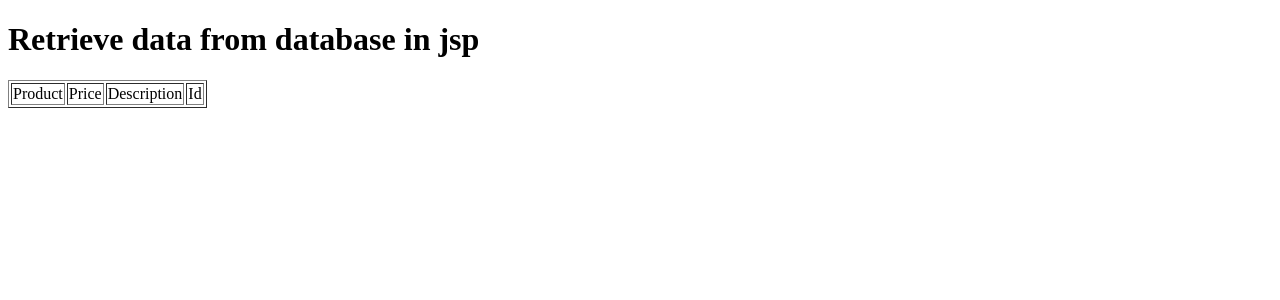
Repository: Shreya200012/FoodBox
Page: http://localhost/foodWeb/showData.jsp
An editor plug-in stored every save of this project. The page is shown before and after the next save, followed by the edit.
The browser window is 1280 px wide. The pictures show the whole page.
The page is served by Tomcat 9. Queries for data that is not in the repository find no rows.

Above is the page before, as saved 2022-06-14 16:25:24.

After the next save:
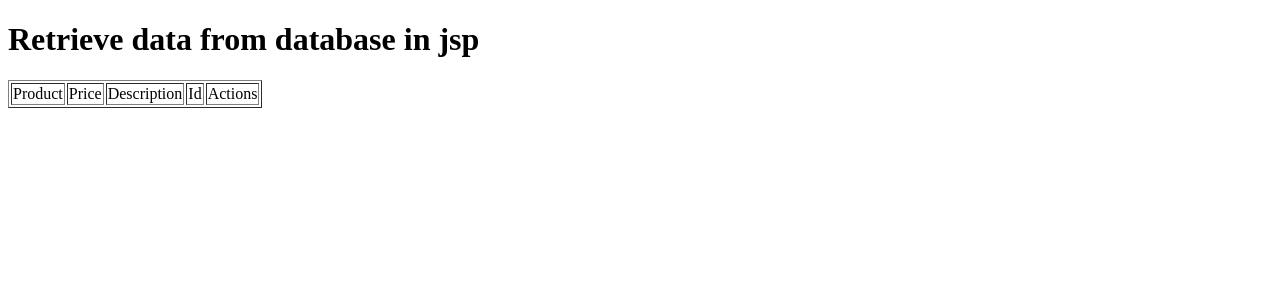
Saved 73 s later.
--- a/foodWeb/src/main/webapp/showData.jsp
+++ b/foodWeb/src/main/webapp/showData.jsp
@@ -31,6 +31,7 @@ ResultSet resultSet = null;
 <td>Price</td>
 <td>Description</td>
 <td>Id</td>
+<td>Actions</td>
 <%
 try{
 connection = DriverManager.getConnection(connectionUrl+database, userid, password);
@@ -44,7 +45,7 @@ while(resultSet.next()){
 <td><%=resultSet.getString("price") %></td>
 <td><%=resultSet.getString("description") %></td>
 <td><%=resultSet.getString("id") %></td>
-
+<td><button>Active</button><button>Delete</button></td>
 </tr>
 <%
 }
